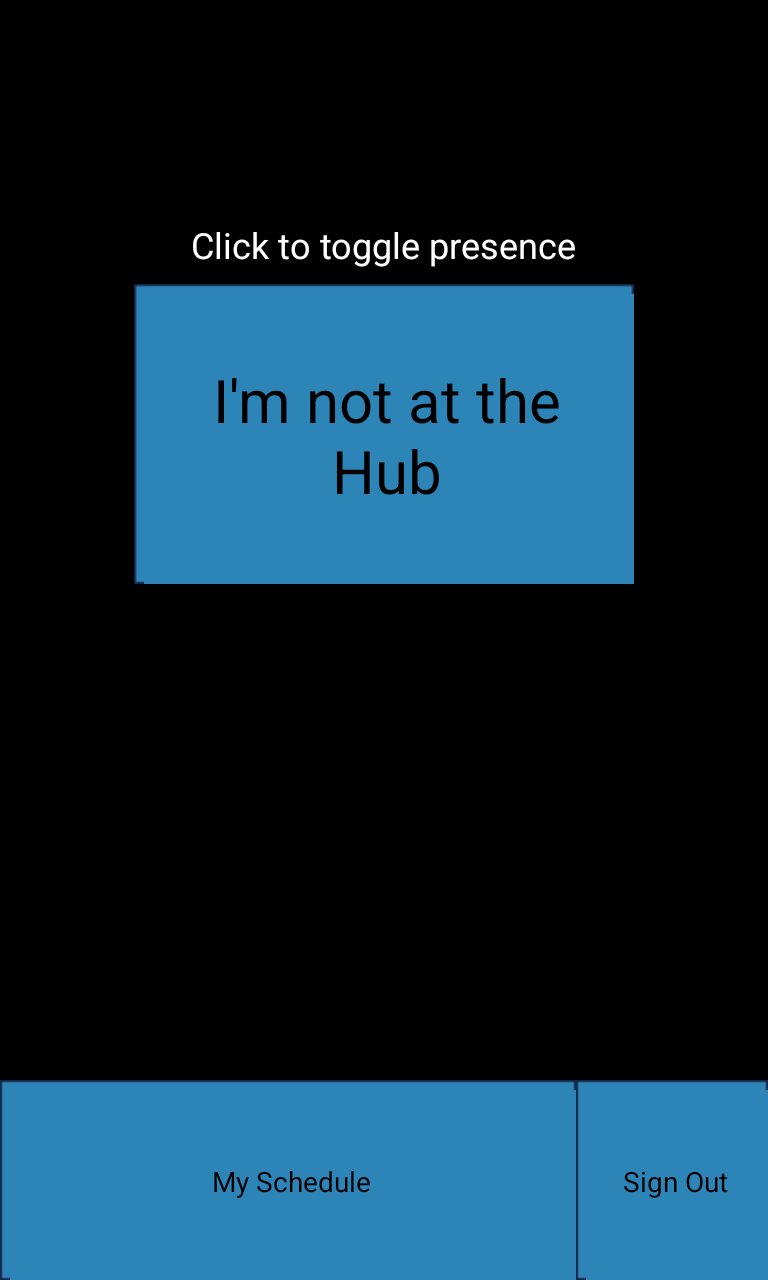
Repository: appsfactory/OfficeHours
Layout: OfficeHoursClient/res/layout/activity_sign__in.xml
These files come from the project's save history. The layout is drawn as it stood at one moment and after the next save; the edit follows.
It is drawn on a 768 x 1280 px phone screen (xhdpi) without system bars, with theme AppTheme; the app's code is not run.

Above is the layout before, as saved 2012-10-05 18:02:47.

### OfficeHoursClient/res/layout/activity_sign__in.xml
<RelativeLayout xmlns:android="http://schemas.android.com/apk/res/android"
    xmlns:tools="http://schemas.android.com/tools"
    android:layout_width="match_parent"
    android:layout_height="match_parent" >

    <ToggleButton
        android:id="@+id/toggleButton1"
        android:layout_width="250dp"
        android:layout_height="150dp"
        android:layout_alignParentTop="true"
        android:layout_centerHorizontal="true"
        android:layout_marginTop="142dp"
        android:onClick="toggleSignIn"
        android:textOff="I&apos;m not at the Hub"
        android:textOn="I&apos;m at the Hub"
        android:textSize="30sp"
        android:background="@drawable/button_blue" />

    <TextView
        android:id="@+id/textView1"
        android:layout_width="wrap_content"
        android:layout_height="wrap_content"
        android:layout_alignParentTop="true"
        android:layout_centerHorizontal="true"
        android:layout_marginTop="110dp"
        android:text="Click to toggle presence"
        android:textAppearance="?android:attr/textAppearanceMedium" />

    <Button
        android:id="@+id/button2"
        style="?android:attr/buttonStyleSmall"
        android:layout_width="wrap_content"
        android:layout_height="wrap_content"
        android:layout_alignParentBottom="true"
        android:layout_alignParentRight="true"
        android:layout_alignTop="@+id/button1"
        android:layout_toRightOf="@+id/textView1"
        android:onClick="logOut"
        android:text="Sign Out"
        android:background="@drawable/button_blue" />

    <Button
        android:id="@+id/button1"
        android:layout_width="wrap_content"
        android:layout_height="wrap_content"
        android:layout_alignParentBottom="true"
        android:layout_alignParentLeft="true"
        android:layout_toLeftOf="@+id/button2"
        android:onClick="viewSchedule"
        android:text="@string/schedule_button"
        android:background="@drawable/button_blue" />

</RelativeLayout>

### OfficeHoursClient/res/values/styles.xml
<resources xmlns:android="http://schemas.android.com/apk/res/android">

    <style name="AppTheme" parent="android:Theme.Black.NoTitleBar" />
</resources>

### OfficeHoursClient/res/drawable/button_blue.xml
<?xml version="1.0" encoding="UTF-8"?>
<selector
  xmlns:android="http://schemas.android.com/apk/res/android">
    <item android:state_enabled="false"
     android:drawable="@drawable/button_blue_disabled" />
    <item android:state_enabled="true"
     android:state_pressed="true" android:drawable="@drawable/button_blue_pressed" />
    <item android:state_enabled="true"
     android:state_focused="true" android:drawable="@drawable/button_blue_selected" />
    <item android:state_enabled="true"
     android:drawable="@drawable/button_blue_normal" />
</selector>

### OfficeHoursClient/res/values/strings.xml
<resources>

    <string name="app_name">Office Hours @ the Hub</string>
    <string name="hello_world">Hello world!</string>
    <string name="menu_settings">Settings</string>
    <string name="title_activity_sign__in">Sign_In</string>
    <string name="schedule_button">My Schedule</string>
    <string name="title_activity_log__in">Log_In</string>
    <string name="login_title">OFFICE HOURS</string>
    <string name="login_subtitle"> \@ the hub</string>
    <string name="login_footer">By the Apps Factory Wizards</string>
    <string name="title_activity_sign_in_checker">SignInChecker</string>
    <string name="title_activity_schedule_view">ScheduleView</string>

</resources>

After the next save:
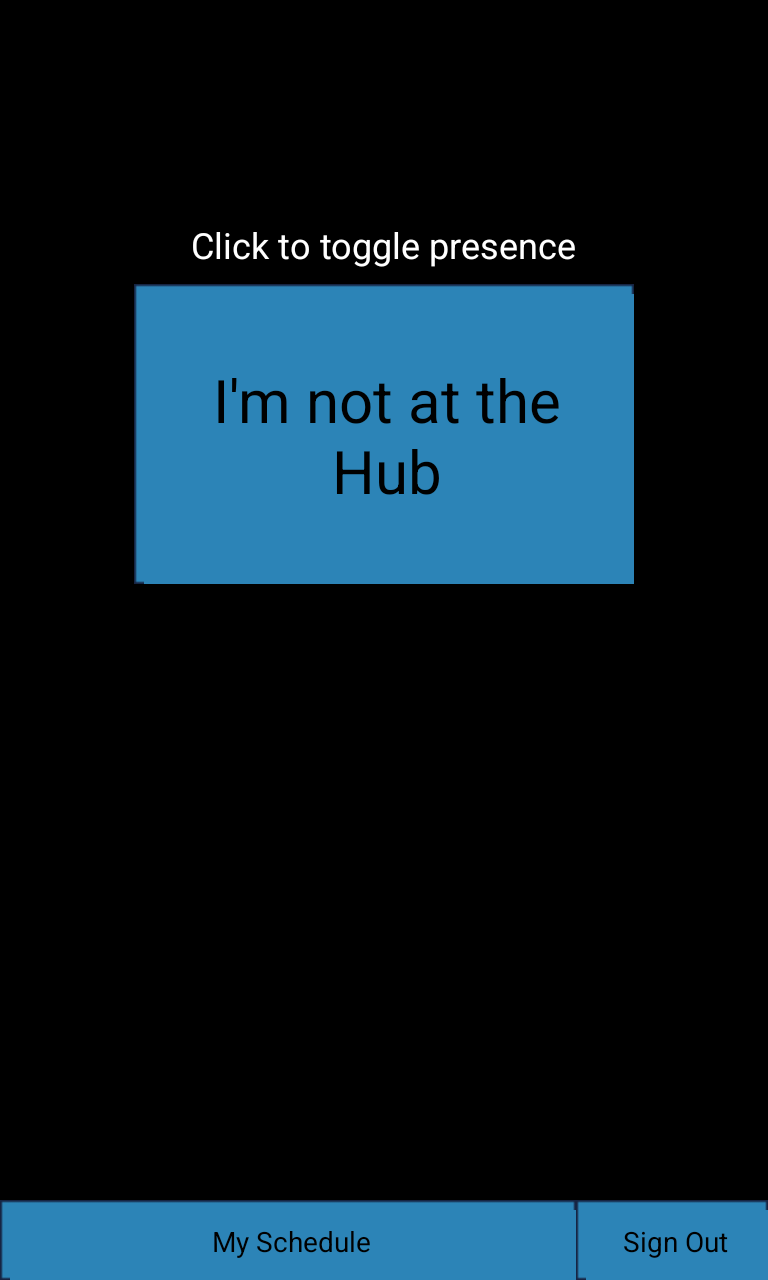
Saved 14 s later.
--- a/OfficeHoursClient/res/layout/activity_sign__in.xml
+++ b/OfficeHoursClient/res/layout/activity_sign__in.xml
@@ -30,7 +30,7 @@
         android:id="@+id/button2"
         style="?android:attr/buttonStyleSmall"
         android:layout_width="wrap_content"
-        android:layout_height="wrap_content"
+        android:layout_height="40dp"
         android:layout_alignParentBottom="true"
         android:layout_alignParentRight="true"
         android:layout_alignTop="@+id/button1"
@@ -42,7 +42,7 @@
     <Button
         android:id="@+id/button1"
         android:layout_width="wrap_content"
-        android:layout_height="wrap_content"
+        android:layout_height="40dp"
         android:layout_alignParentBottom="true"
         android:layout_alignParentLeft="true"
         android:layout_toLeftOf="@+id/button2"
